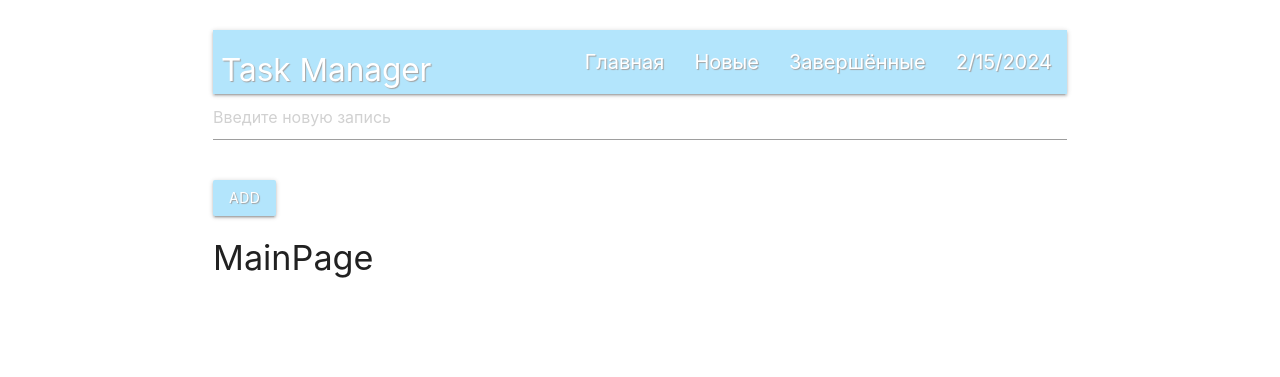
Repository: iveivs/myReactTaskManager
Page: /
An editor plug-in stored every save of this project. The page is shown before and after a run of saves, followed by the edit.
The browser window is 1280 px wide. The pictures show the whole page.
The project was rebuilt for these pictures with package versions that can differ from the ones it lists, and the page was loaded fresh each time. Also part of the build but not shown: vite.config.js, src/components/DoneTasks.jsx, src/components/NewTasks.jsx.

Above is the page before, as saved 2024-02-15 15:16:40.

After the next 5 saves:
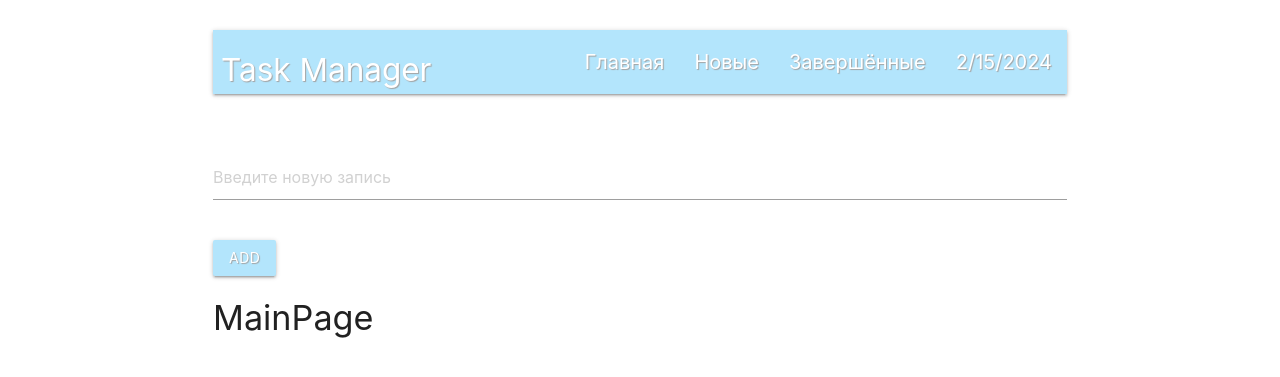
The 5 saves are shown as one change because they came seconds apart.
The last was saved 42 s later.
--- a/src/index.css
+++ b/src/index.css
@@ -20,6 +20,9 @@
 .inputMain {
     margin-bottom: 40px !important ;
 }
+nav {
+    margin-bottom: 60px;
+}
 /* nav {
     background-color: #b3e5fc
 } */
